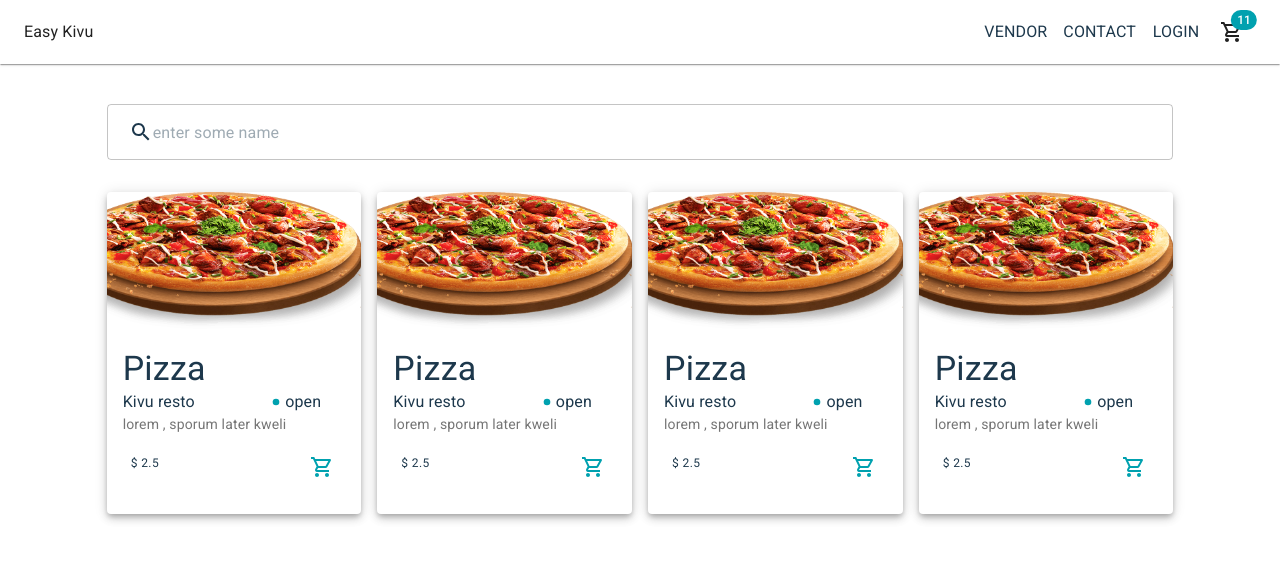
Repository: kilamaelie/jokes-dapp
Page: /
The author's editor kept a copy of each file at every save. The page is drawn from the files as they stood at one save, then again after the next save.
The browser window is 1280 px wide. The pictures show the whole page.
The project was rebuilt for these pictures with package versions that can differ from the ones it lists, and the page was loaded fresh each time. Also part of the build but not shown: src/ui/page/dashboard/dashboard.js.

Above is the page before, as saved 2021-06-28 02:59:28.

After the next save:
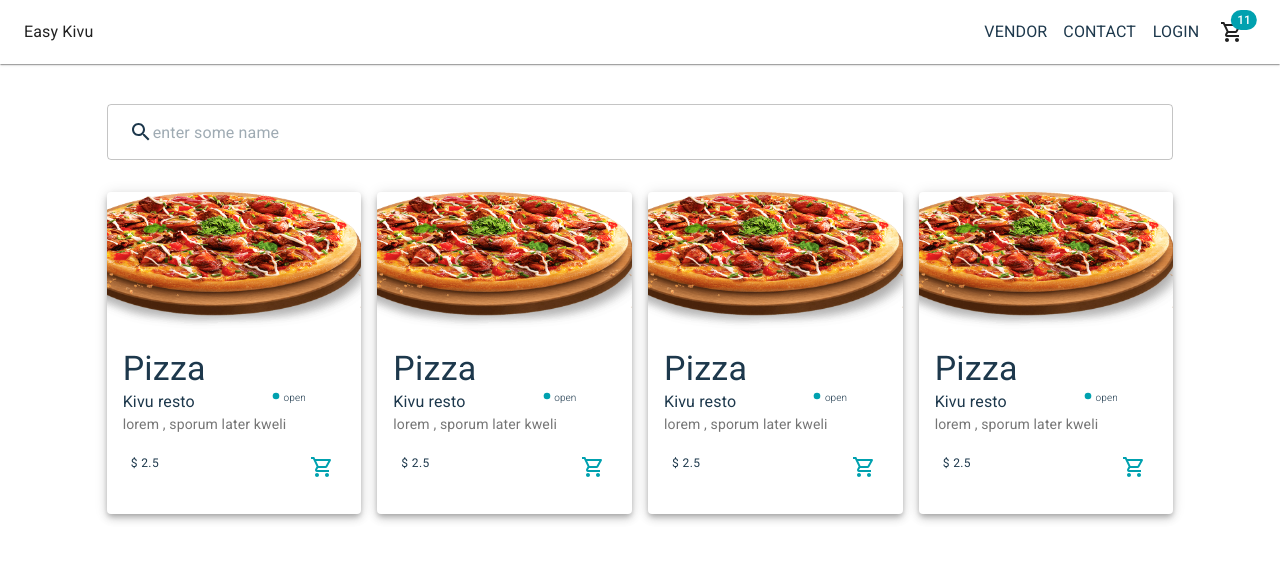
Saved 42 s later.
--- a/src/ui/page/website/screen/widget/card.js
+++ b/src/ui/page/website/screen/widget/card.js
@@ -30,7 +30,7 @@ const CardItem =()=>{
             </Typography>
               </Grid>
              < Grid item xs={4} sm={4}>
-              <Typography>
+              <Typography style={{fontWeight:300,fontSize:10}}>
              <FiberManualRecordIcon color='secondary' style={{fontSize:10}}/> open
             </Typography>
               </Grid>
